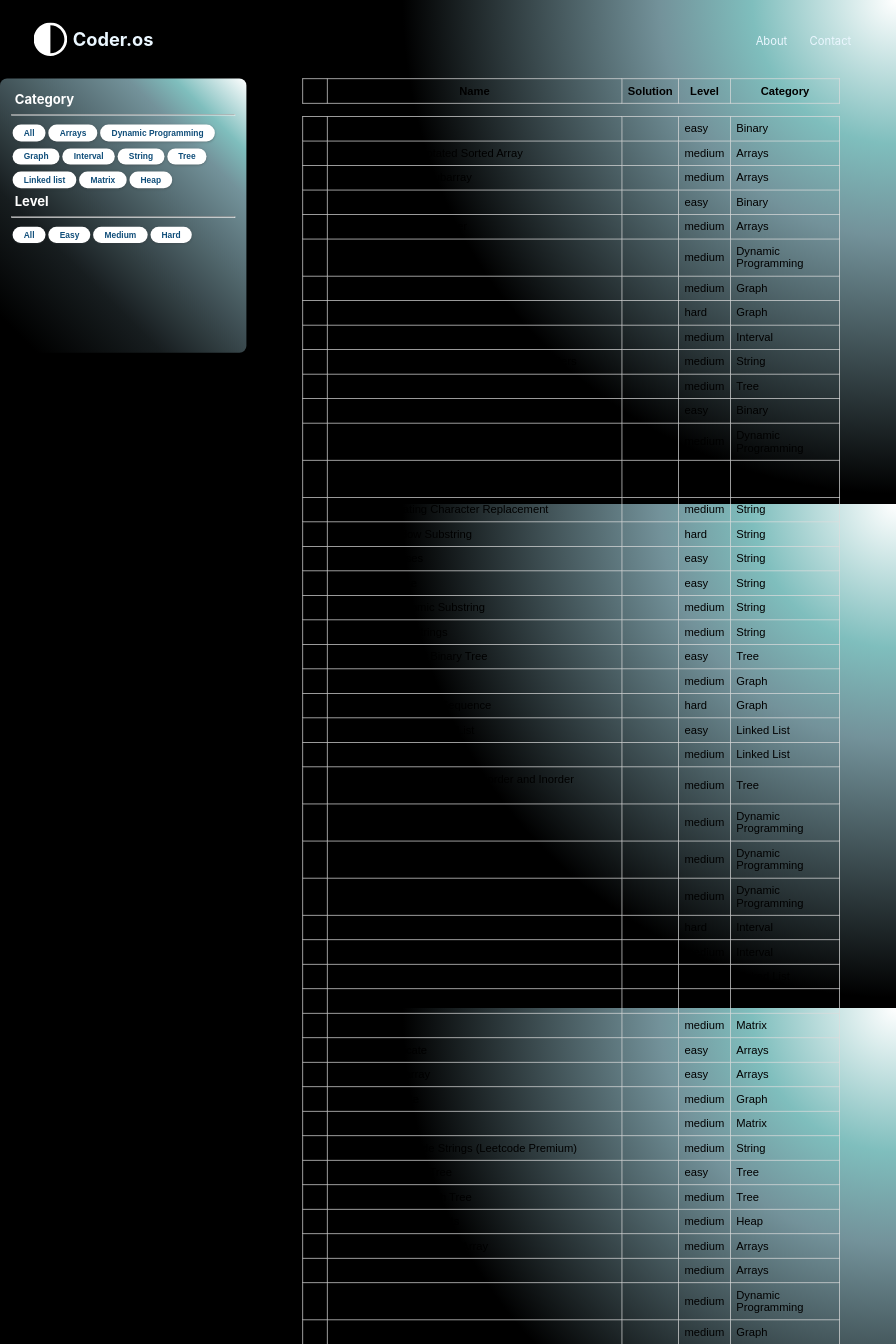
Repository: xoshiraghavx/Coder.os
Page: /mainpage (app in my-app/)
An editor plug-in stored every save of this project. The page is shown before and after a run of saves, followed by the edit.
The browser window is 1280 px wide. The pictures show the part of the page from y = 0 to 1920 px (the page is 3026 px tall), at 70% of full size.
Backgrounds fixed to the window are drawn as part of the page. The project was rebuilt for these pictures with package versions that can differ from the ones it lists, and the page was loaded fresh each time. Also part of the build but not shown: my-app/src/components/Home/Home.css, my-app/src/components/Home/Home.jsx.

Above is the page before, as saved 2022-12-17 14:06:35.

### my-app/public/index.html
<!DOCTYPE html>
<html lang="en">
  <head>
    <meta charset="utf-8" />
    <link rel="icon" href="%PUBLIC_URL%/assests/logo.png" />
    <meta name="viewport" content="width=device-width, initial-scale=1" />
    <meta name="theme-color" content="#000000" />
    <meta
      name="description"
      content="Web site created using create-react-app"
    />
    <link rel="apple-touch-icon" href="%PUBLIC_URL%/logo192.png" />
    <!--
      manifest.json provides metadata used when your web app is installed on a
      user's mobile device or desktop. See https://developers.google.com/web/fundamentals/web-app-manifest/
    -->
    <link rel="manifest" href="%PUBLIC_URL%/manifest.json" />
    <!--
      Notice the use of %PUBLIC_URL% in the tags above.
      It will be replaced with the URL of the `public` folder during the build.
      Only files inside the `public` folder can be referenced from the HTML.

      Unlike "/favicon.ico" or "favicon.ico", "%PUBLIC_URL%/favicon.ico" will
      work correctly both with client-side routing and a non-root public URL.
      Learn how to configure a non-root public URL by running `npm run build`.
    -->
    <title>Coder.os</title>
  </head>
  <body>
    <noscript>You need to enable JavaScript to run this app.</noscript>
    <div id="root"></div>
    <!--
      This HTML file is a template.
      If you open it directly in the browser, you will see an empty page.

      You can add webfonts, meta tags, or analytics to this file.
      The build step will place the bundled scripts into the <body> tag.

      To begin the development, run `npm start` or `yarn start`.
      To create a production bundle, use `npm run build` or `yarn build`.
    -->
  </body>
</html>

### my-app/src/index.js
import React from 'react';
import ReactDOM from 'react-dom/client';
import './index.css';
import App from './App';
import {BrowserRouter as Router} from "react-router-dom";


const root = ReactDOM.createRoot(document.getElementById('root'));
root.render(
  <Router>
  <App />
  </Router>

);

// If you want to start measuring performance in your app, pass a function
// to log results (for example: reportWebVitals(console.log))
// or send to an analytics endpoint. Learn more: https://bit.ly/CRA-vitals

### my-app/src/index.css
body {
  height: 100%;
  padding: 0;
  margin: 0;
  font-family: -apple-system, BlinkMacSystemFont, 'Segoe UI', 'Roboto', 'Oxygen',
    'Ubuntu', 'Cantarell', 'Fira Sans', 'Droid Sans', 'Helvetica Neue',
    sans-serif;
  -webkit-font-smoothing: antialiased;
  -moz-osx-font-smoothing: grayscale;
background: rgb(255,255,255);
background: radial-gradient(circle at top right, rgba(255,255,255,1) 0%, rgba(127,190,189,1) 14%, rgba(115,146,154,1) 23%, rgba(0,0,0,1) 48%);
background-repeat: no-repeat;
height: 100%;
background-attachment: fixed;
/* color: #fff; */
}

code {
  font-family: source-code-pro, Menlo, Monaco, Consolas, 'Courier New',
    monospace;
}

/*
===============
Variables
===============
*/

:root {
  /* dark shades of primary color*/
  --clr-primary-1: hsl(205, 86%, 17%);
  --clr-primary-2: hsl(205, 77%, 27%);
  --clr-primary-3: hsl(205, 72%, 37%);
  --clr-primary-4: hsl(205, 63%, 48%);
  /* primary/main color */
  --clr-primary-5: hsl(205, 78%, 60%);
  /* lighter shades of primary color */
  --clr-primary-6: hsl(205, 89%, 70%);
  --clr-primary-7: hsl(205, 90%, 76%);
  --clr-primary-8: hsl(205, 86%, 81%);
  --clr-primary-9: hsl(205, 90%, 88%);
  --clr-primary-10: hsl(205, 100%, 96%);
  /* darkest grey - used for headings */
  --clr-grey-1: hsl(209, 61%, 16%);
  --clr-grey-2: hsl(211, 39%, 23%);
  --clr-grey-3: hsl(209, 34%, 30%);
  --clr-grey-4: hsl(209, 28%, 39%);
  /* grey used for paragraphs */
  --clr-grey-5: hsl(210, 22%, 49%);
  --clr-grey-6: hsl(209, 23%, 60%);
  --clr-grey-7: hsl(211, 27%, 70%);
  --clr-grey-8: hsl(210, 31%, 80%);
  --clr-grey-9: hsl(212, 33%, 89%);
  --clr-grey-10: hsl(210, 36%, 96%);
  --clr-white: #fff;
  --clr-red-dark: hsl(360, 67%, 44%);
  --clr-red-light: hsl(360, 71%, 66%);
  --clr-green-dark: hsl(125, 67%, 44%);
  --clr-green-light: hsl(125, 71%, 66%);
  --clr-black: #222;
  --ff-primary: "Roboto", sans-serif;
  --ff-secondary: "Open Sans", sans-serif;
  --transition: all 0.3s linear;
  --spacing: 0.1rem;
  --radius: 0.25rem;
  --light-shadow: 0 5px 15px rgba(0, 0, 0, 0.1);
  --dark-shadow: 0 5px 15px rgba(0, 0, 0, 0.2);
  --max-width: 1170px;
  --fixed-width: 620px;
}
h1{
  color: var(--clr-primary-10);
}

### my-app/src/App.jsx
import React from "react";
import Home from "./components/Home/Home";
import MainPage from "./components/MainPage/MainPage";
import {Routes, Route} from "react-router-dom";

function App() {
  return (

     <Routes>
        <Route path="/" element={<Home />} />
          <Route path="/mainpage" element={<MainPage />} />
      </Routes>
  );
}

export default App;

### my-app/src/components/MainPage/MainPage.jsx
import "./MainPage.css";
import FilterSection from "./FilterSection";
import QuestionBank from "./QuestionBank";
import NavBar from "../NavBar/Navbar";

function MainPage() {
  return (
    <div>
      <NavBar />
      <div className="main-section">
        <FilterSection />
        <QuestionBank />
      </div>
    </div>
  );
}

export default MainPage;

### my-app/src/components/NavBar/Navbar.jsx
import "./NavBar.css";

function NavBar() {
  return (
    <div className="navbar">
      <div className="navbar-wrapper">
        <div className="navbar-logo">
          <img src="assests/code-simple.svg" alt="" />
          <div className="nav-bar-logo__name">Coder.os</div>
        </div>
        <div className="navbar-list">
          <ul>
            <li>
              <a>About</a>
            </li>
            <li>
              <a>Contact</a>
            </li>
          </ul>
        </div>
      </div>
    </div>
  );
}

export default NavBar;

### my-app/src/components/MainPage/MainPage.css

.main-section {
  display: flex;
  flex-direction: row;
}
@media only screen and (max-width: 1100px){
  .main-section{
      display: flex;
     flex-direction: column;
  }
}

### my-app/src/components/MainPage/FilterSection.jsx
import React from "react";
import "./FilterSection.css";

function FilterSection() {
  const Button = [
    {
      Name: "All",
    },
    {
      Name: "Arrays",
    },
    {
      Name: "Dynamic Programming",
    },
    {
      Name: "Graph",
    },
    {
      Name: "Interval",
    },
    {
      Name: "String",
    },
    {
      Name: "Tree",
    },
    {
      Name: "Linked list",
    },
    {
      Name: "Matrix",
    },
    {
      Name: "Heap",
    },
  ];
  const Level = [
    {
      Name: 'All',
    },
    {
      Name: 'Easy',
    },
    {
      Name: 'Medium',
    },
    {
      Name: 'Hard',
    }
  ]
  return (
    <div>
      <div className="filter-section">
        <div className="category">
          <div className="category-heading">
            <h3 className="title">Category</h3>
            <hr />
          </div>
          <div className="category-buttons">
          {Button.map((button) => (
            <button className="buttons">{button.Name}</button>
          ))}
          </div>
        </div>

        <div className="level">
          <div className="level-heading">
            <h3 className="title">Level</h3>
            <hr />
          </div>
        </div>
        <div className="level-buttons">
          {
            Level.map((level)=>(
              <button className="buttons">{level.Name}</button>
            ))
          }

        </div>
      </div>
    </div>
  );
}

export default FilterSection;

### my-app/src/components/MainPage/QuestionBank.jsx
import React from "react";
import "./QuestionBank.css";
import Questions from "../../assests/updated.json";

function QuestionBank() {
  return (
    <div>
      <div className="ques-section">
        <table id="customer">
          <tr>
            <th>Id</th>
            <th>Name</th>
            <th>Solution</th>
            <th>Level</th>
            <th>Category</th>
          </tr>
          <br />
          {Questions.map((question) => (
            <>
              <tr>
                <td>{question.Id}</td>
                <td>{question.Name}</td>
                <td>{question.Solution}</td>
                <td>{question.Level}</td>
                <td>{question.Category}</td>
              </tr>
            </>
          ))}
        </table>
      </div>
    </div>
  );
}

export default QuestionBank;

### my-app/src/components/NavBar/NavBar.css
.navbar-wrapper{
    height: auto;
    display: flex;
    flex-direction: row;
    padding: 2rem 3rem;
}
.navbar-logo img{
    height: 3rem;
}
.navbar-logo{
    display: flex;
    flex-direction: row;
    color: var(--clr-primary-10);
}
.nav-bar-logo__name{
    margin: 0.5rem;
    font-weight: bold;
    font-size: 26px;
}
.navbar-list ul{
    list-style-type: none;
    display: flex;
    flex-direction: row;
    margin: 0;
    padding: 0rem 3rem;
}
.navbar-list li a{
    padding: 0.5rem ;
    margin: 0.5rem;
    color: var(--clr-primary-10);
}
.navbar-list{
    position: absolute;
    right: 0;
    margin-top: 1rem;
}
.navbar-list li :hover{
    color: var(--clr-primary-1);
    cursor: pointer;
    font-size: large;
}
@media only screen and (max-width: 600px){
    .navbar-list ul{
        padding: 0rem;
    }
    .navbar-logo img{
        height: 2.5rem;
    }
   .nav-bar-logo__name{
        font-size: 20px;
    }
}

### my-app/src/components/MainPage/FilterSection.css
.filter-section {
  background: rgb(255, 255, 255);
  background: linear-gradient(
    225deg,
    rgba(255, 255, 255, 1) 0%,
    rgba(173, 213, 213, 1) 9%,
    rgba(136, 195, 194, 1) 13%,
    rgba(127, 190, 189, 1) 14%,
    rgba(115, 146, 154, 1) 23%,
    rgba(23, 29, 31, 1) 69%,
    rgba(0, 0, 0, 1) 93%
  );
  width: 20rem;
  height: 50vh;
  border-radius: 10px;
  border-color: white;
  padding: 1rem;
}
.buttons {
  background-color: white;
  padding: 0.3rem 1rem;
  border-radius: 100px;
  font-size: 12px;
  color: var(--clr-primary-2);
  font-weight: bold;
  margin: 5px 2px;
  box-shadow: rgba(60, 64, 67, 0.3) 0px 1px 2px 0px,
    rgba(60, 64, 67, 0.15) 0px 1px 3px 1px;
  border: none;
}
h3 {
  color: #ffffff;
}
.title {
  margin: auto;
  padding: 2px 5px;
}
.buttons:hover {
  cursor: pointer;
}
@media only screen and (max-width: 1100px){
  .filter-section{
    width: 80%;
    height: 20vh;
  }
}

### my-app/src/components/MainPage/QuestionBank.css
.ques-section{
    position: absolute;
    right: 0;
    margin-right: 5rem;
    width: 60%;
}
th, td {
    padding: 0.2rem;
    border: 1px solid #ddd;
    padding: 8px;
}
table{
    width: 100%;
    font-family: Arial, Helvetica, sans-serif;
    border-collapse: collapse;
}
#customers {
    width: 100%;
  }


  #customers tr:nth-child(even){background-color: #f2f2f2;}

  #customers tr:hover {background-color: #ddd;}

  #customers th {
    padding-top: 12px;
    padding-bottom: 12px;
    text-align: left;
    background-color: #04AA6D;
    color: white;
  }
.ques-bar{
   display: flex;
  flex-direction: row;
  font-weight: bold;
  justify-content: space-between;
  background: #ffffff;
  padding: 1rem;
  border-radius: 20px;
}
.ques-bank{
    margin-top: 1rem;
    background: #ffffff;
    padding: 1rem;
    font-weight: bold;
    border-radius: 20px;
}
.ques{
    display: flex;
    flex-direction: row;
    justify-content: space-between;
}
@media only screen and (max-width: 1100px){
    .ques-section{
        position: absolute;
        left: 0;
        top: 23rem;
        width: 80%;
        margin-left: 2rem;
    }
}

Loaded but not shown: my-app/src/assests/updated.json (677 lines, source omitted)

After the next 2 saves:
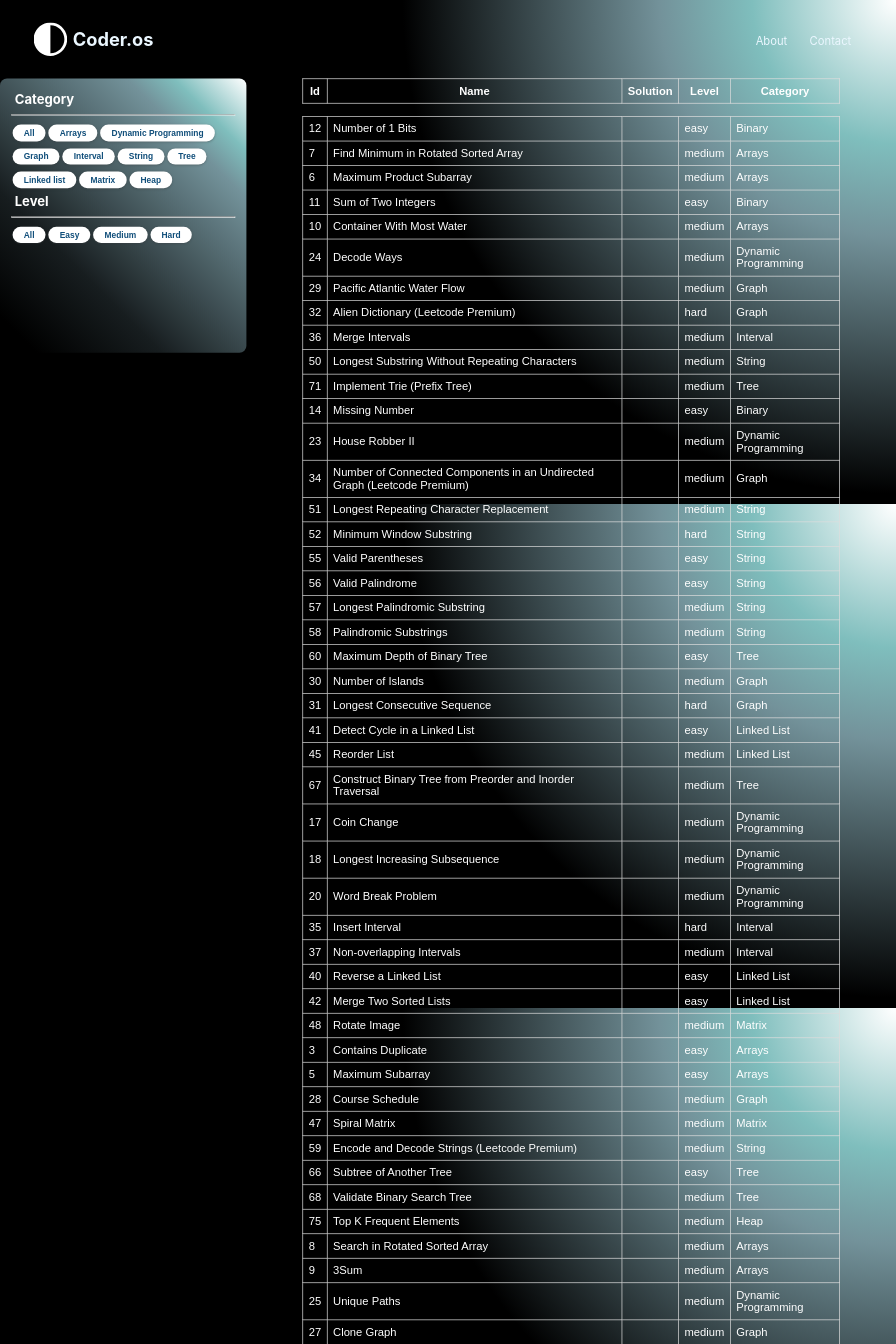
The 2 saves are shown as one change because they came seconds apart.
The last was saved 13 s later.
--- a/my-app/src/components/MainPage/QuestionBank.css
+++ b/my-app/src/components/MainPage/QuestionBank.css
@@ -13,6 +13,7 @@ table{
     width: 100%;
     font-family: Arial, Helvetica, sans-serif;
     border-collapse: collapse;
+    color: #ffffff;
 }
 #customers {
     width: 100%;
